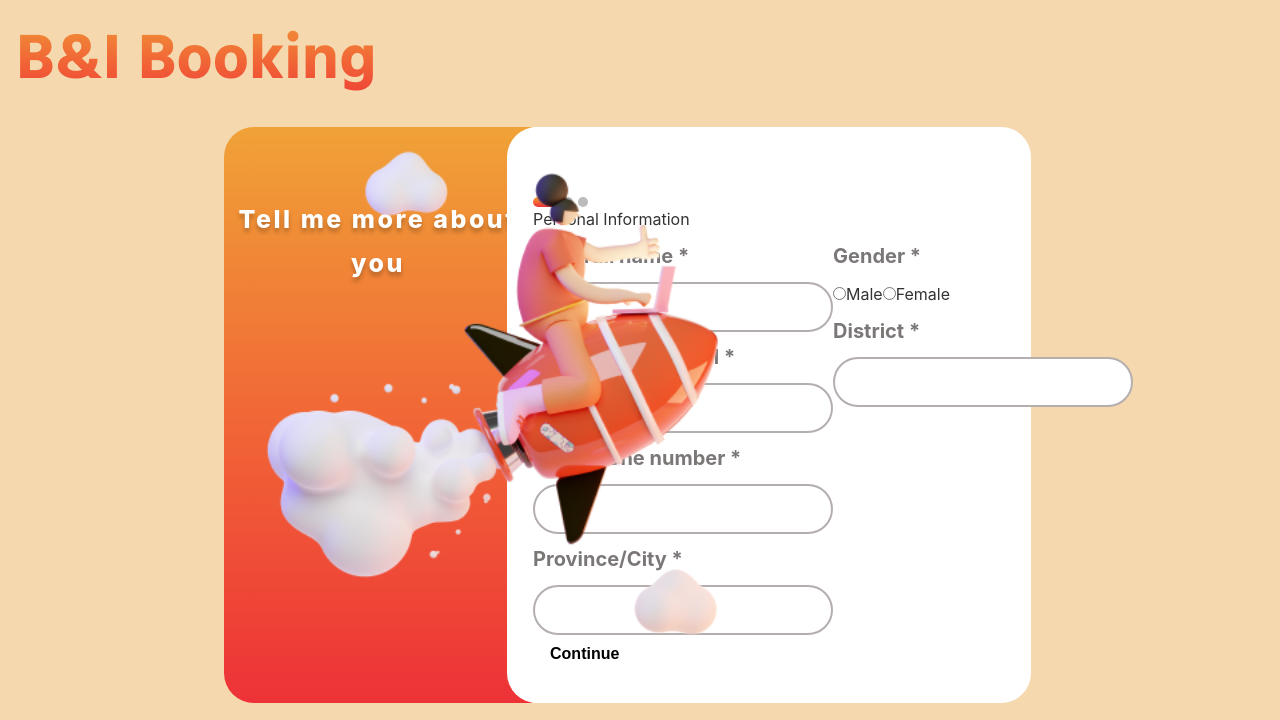
Repository: Grand-Line-PNV/FE-BIBooking
Page: /
These files come from the project's save history. The page is drawn as it stood at one moment and after the next save; the edit follows.
The browser window is 1280 px wide. The pictures show the whole page.
The project was rebuilt for these pictures with package versions that can differ from the ones it lists, and the page was loaded fresh each time. Also part of the build but not shown: src/App.css.

Above is the page before, as saved 2023-02-06 10:18:42.

After the next save:
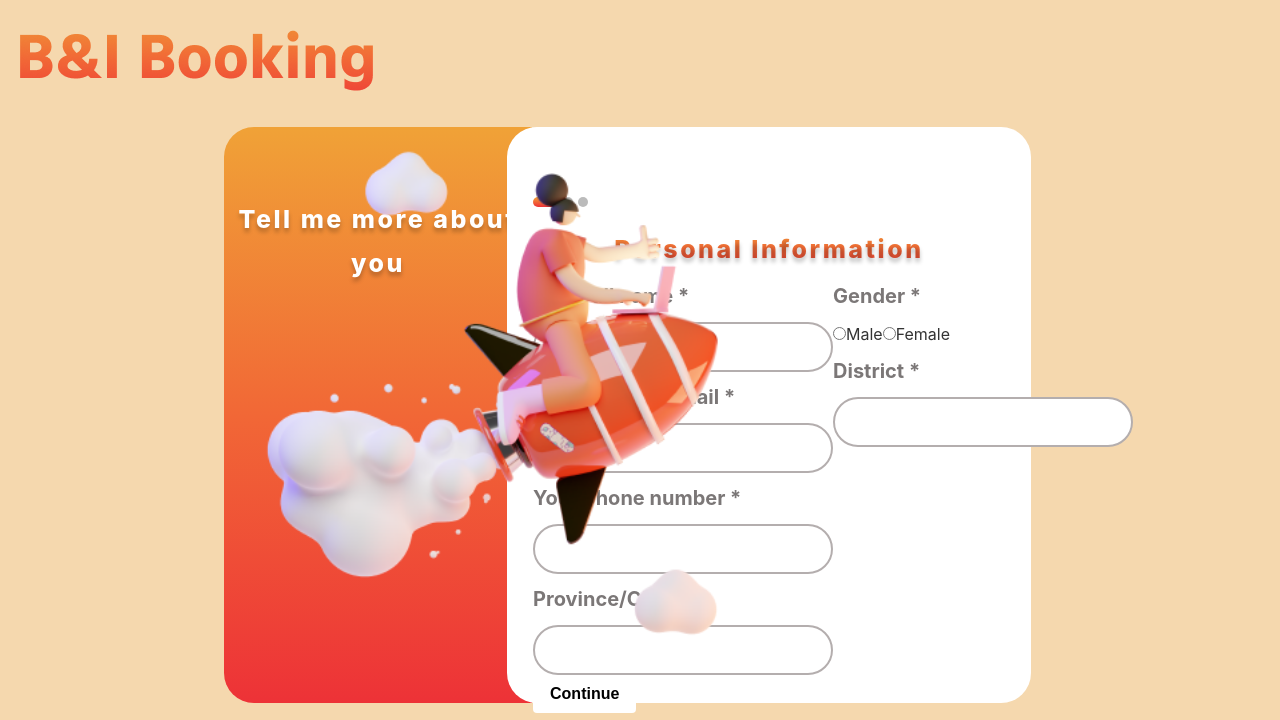
Saved 6 s later.
--- a/src/view/pages/Influencers/PersonalInformation/PersonalInformation.module.scss
+++ b/src/view/pages/Influencers/PersonalInformation/PersonalInformation.module.scss
@@ -80,7 +80,7 @@
           & .information {
             // position: relative;
             // z-index: 100;
-            & .information__title {
+            & .information-title {
               margin-top: 20px;
               background: linear-gradient(
                 180deg,
